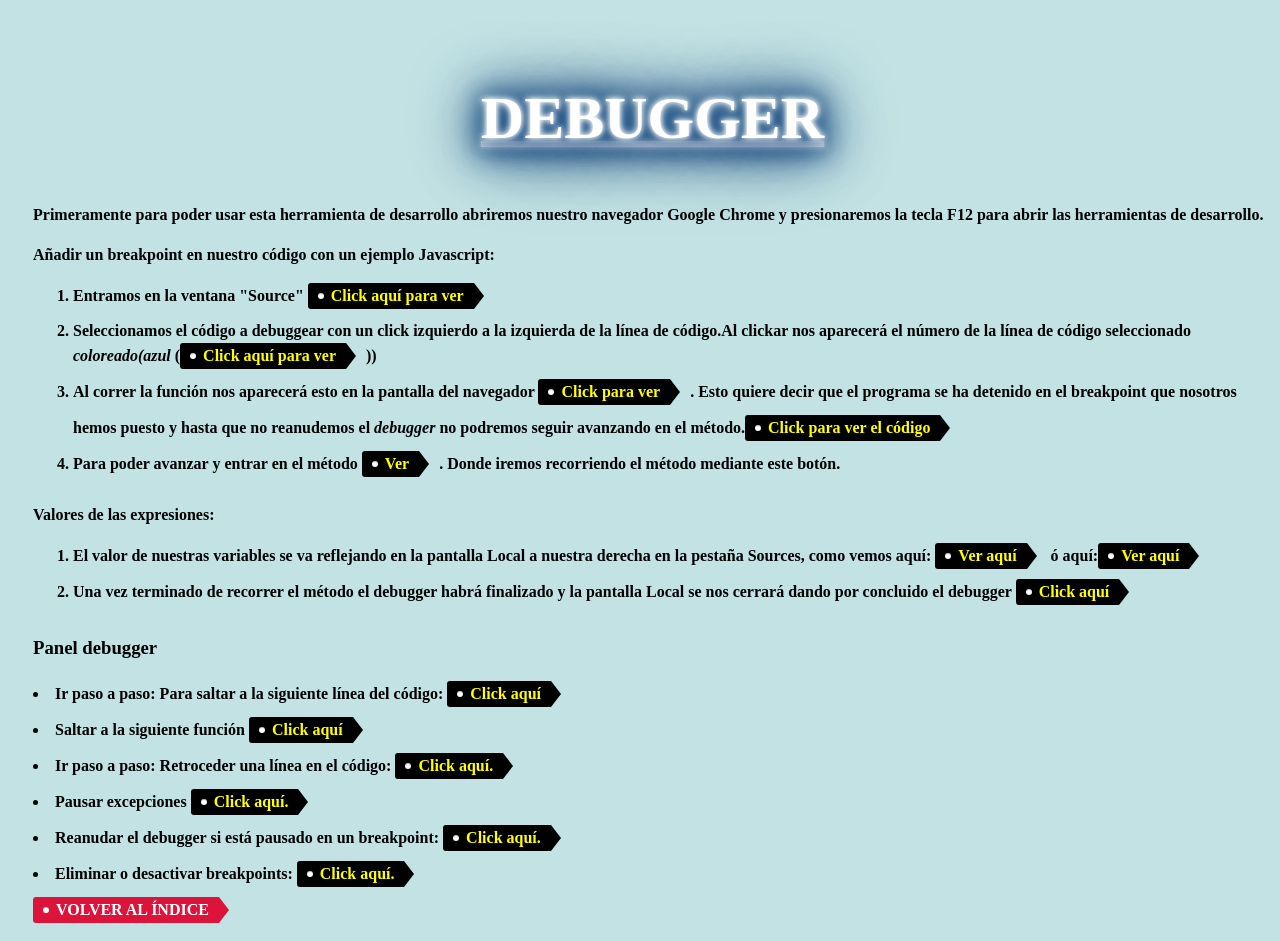
Repository: VictorinoBF97/HerramientasDesarollo
Page: debugger.html
The author's editor kept a copy of each file at every save. The page is drawn from the files as they stood at one save, then again after the next save.
The browser window is 1280 px wide. The pictures show the whole page.
The pointer rests on the first visible `.volver`.

Above is the page before, as saved 2018-11-27 06:55:07.
Not found: main.js

After the next save:
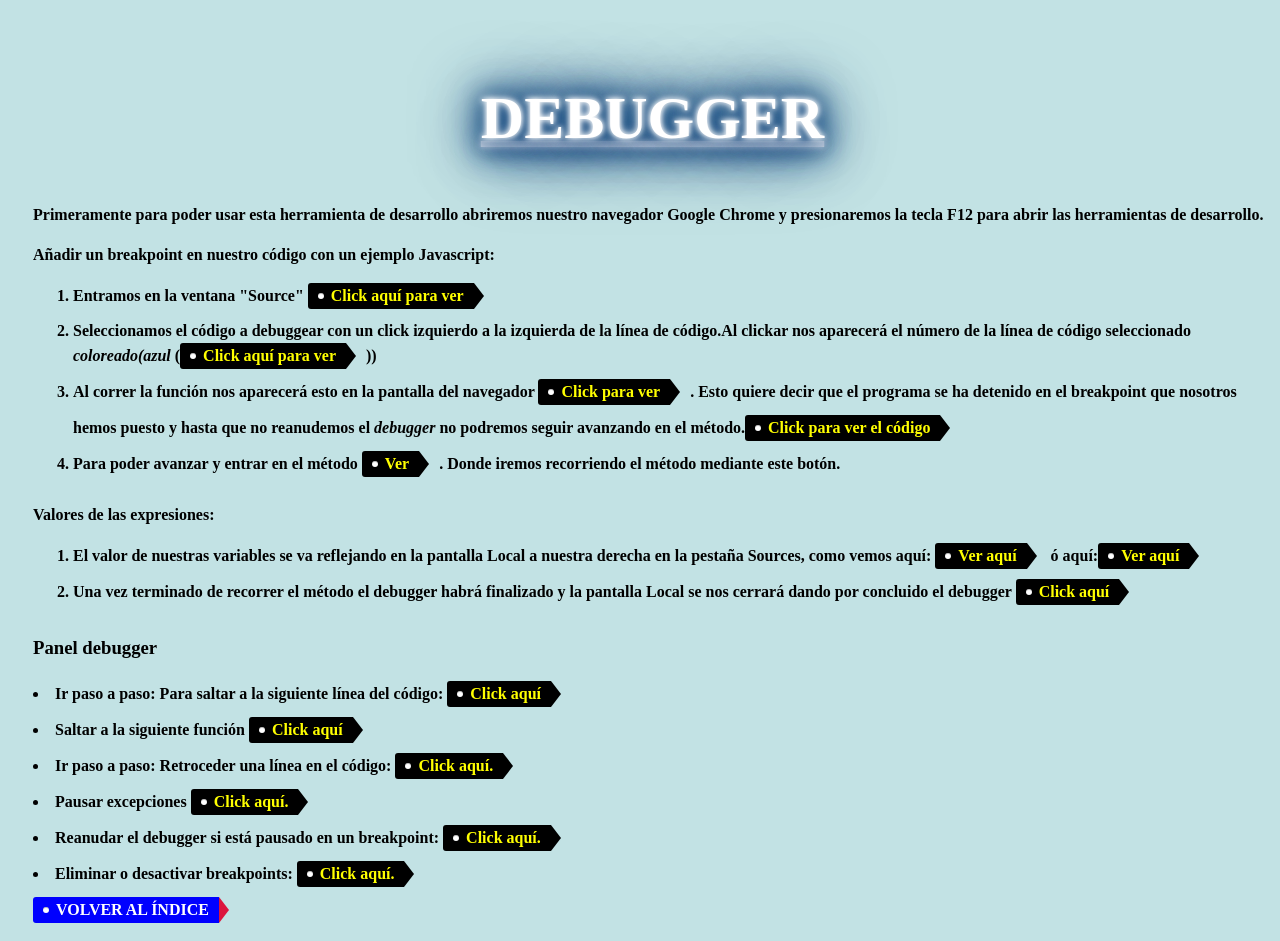
Saved 3 min 11 s later.
--- a/css/styles.css
+++ b/css/styles.css
@@ -87,7 +87,7 @@ a::before {
   }
 
   .volver:hover {
-    background-color: crimson;
+    background-color: blue;
     color: white;
   }
 
